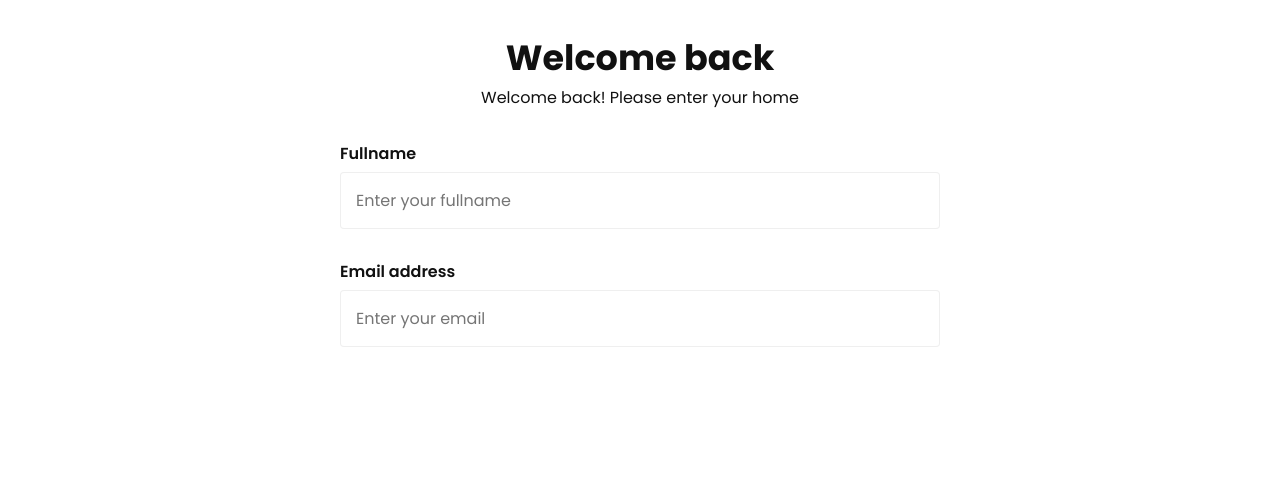
Repository: hoang0508/ReactJs-Fruits
Page: /sign-up
The author's editor kept a copy of each file at every save. The page is drawn from the files as they stood at one save, then again after the next save.
The browser window is 1280 px wide. The pictures show the whole page.
The project was rebuilt for these pictures with package versions that can differ from the ones it lists, and the page was loaded fresh each time. Also part of the build but not shown: src/Pages/NotFoundPage.js, src/hooks/useHookAPI.js, src/hooks/useLocalStrorage.js, src/components/context/Auth-Context.js, src/components/Media/Social.scss, src/components/Media/Social.js, src/components/Footer/Footercoppy.js, src/components/Footer/Footer.js and 33 more.

Above is the page before, as saved 2022-05-12 10:10:28.

### src/Pages/SignUpPage.js
import { Field } from "components/Field";
import { Input } from "components/Input";
import { Label } from "components/label";
import React from "react";
import styled from "styled-components";

const SignUpPageStyles = styled.div`
  min-height: 100vh;
  padding: 40px 0;
  .signup-content {
    text-align: center;
    margin-bottom: 40px;
  }
  .signup-heading {
    font-size: 35px;
    margin-bottom: 15px;
  }
  .form {
    max-width: 600px;
    margin: 0 auto;
  }
`;

const SignUpPage = () => {
  return (
    <SignUpPageStyles>
      <div className="signup-content">
        <h3 className="signup-heading">Welcome back</h3>
        <span className="signup-desc">
          Welcome back! Please enter your home
        </span>
      </div>
      <form className="form">
        <Field>
          <Label htmlFor="name">Fullname</Label>
          <Input
            name="fullname"
            type="text"
            placeholder="Enter your fullname"
          />
        </Field>
        <Field>
          <Label htmlFor="email">Email address</Label>
          <Input name="email" type="text" placeholder="Enter your email" />
        </Field>
      </form>
    </SignUpPageStyles>
  );
};

export default SignUpPage;

### src/components/Footer/Footer.scss
@import "../../index.scss";
.footer {
  background-color: $bg-footer;
  padding: 80px 0;
  &-list {
    display: grid;
    grid-template-columns: repeat(4, 1fr);
    grid-gap: 0 40px;
  }
  &-logo {
    span {
      color: $primary-color;
      font-size: 45px;
      font-weight: 700;
      display: inline-block;
      margin-bottom: 20px;
    }
    &--desc {
      line-height: 1.6;
      color: $text-color--tx;
      margin-bottom: 20px;
    }
  }
  &-title {
    margin-bottom: 25px;
    color: $text-color--tx;
    font-size: 20px;
  }
  &-item--instagram {
    display: grid;
    grid-template-columns: repeat(3, 1fr);
    grid-gap: 6px;
  }
  &-images--ig {
    height: 65px;
    position: relative;
    overflow: hidden;
    &:hover .footer-images--icon {
      opacity: 1;
      visibility: visible;
      overflow: hidden;
    }
    &:hover img {
      transform: scale(1.1);
    }
    img {
      width: 100%;
      height: 100%;
      object-fit: cover;
      border-radius: 5px;
      transition: all 0.25s linear;
    }
  }
  &-images--icon {
    width: 100%;
    height: 100%;
    background-color: rgba(243, 85, 32, 0.527);
    color: #fff;
    border-radius: 5px;
    display: flex;
    align-items: center;
    justify-content: center;
    font-size: 20px;
    position: absolute;
    top: 50%;
    left: 50%;
    transform: translate(-50%, -50%);
    cursor: pointer;
    opacity: 0;
    visibility: hidden;
    transition: all 0.2s ease;
  }
  &-link {
    display: inline-block;
    padding-bottom: 20px;
    color: $text-color--tx;
  }
  &-info {
    &--item {
      display: flex;
      align-items: center;
      gap: 0 20px;
      margin-bottom: 30px;
    }
    &--icon {
      color: $primary-color;
      font-size: 25px;
    }
    &--name {
      margin-bottom: 10px;
      color: $text-color--tx;
    }
  }
  &-coppy {
    padding: 30px 0;
    background-color: #021a32;
    color: #fff;
    .container {
      display: flex;
      align-items: center;
      justify-content: space-between;
    }
    &--license {
      font-size: 14px;
      span {
        color: $primary-color;
        font-size: 16px;
      }
    }
    &--help {
      display: flex;
      align-items: center;
      gap: 0 20px;
    }
  }
}

### src/components/Topdown/Topdown.scss
@import "../../index.scss";
.down {
  background-color: $text-color--tx;
  color: #fff;
  width: 50px;
  height: 50px;
  border-radius: 100rem;
  display: flex;
  align-items: center;
  justify-content: center;
  position: fixed;
  z-index: 10;
  bottom: -100px;
  right: 20px;
  transition: all 0.5s linear;
  &.active-down {
    opacity: 1;
    visibility: visible;
    bottom: 20px;
  }
}

### src/Pages/Cartpage/Cartpage.scss
@import "../../index.scss";
.cart {
  &-banner {
    min-height: 400px;
    position: relative;
    z-index: 0;
  }
  &-main {
    padding: 40px 0;
  }
  &-table {
    border-collapse: collapse;
    width: 100%;
  }
  &-table td,
  &-table th {
    padding-top: 10px;
    padding-bottom: 20px;
  }
  &-table th {
    padding: 15px;
    text-align: center;
    background-color: $primary-color;
    color: white;
  }
  &-images {
    width: 150px;
    height: 150px;
    img {
      width: 100%;
      height: 100%;
      object-fit: cover;
    }
  }
  &-item {
    margin-bottom: 10px;
    border-bottom: 1px solid $border-color;
    text-align: center;
  }
  &-total {
    max-width: 150px;
    width: 100%;
    padding: 10px 12px;
    margin-top: 20px;
    margin-left: auto;
    display: flex;
    /* justify-content: flex-end; */
    justify-content: center;
    gap: 0 10px;
    background-color: #f35320;
    color: #fff;
  }
  &-count {
    display: flex;
    align-items: center;
    justify-content: center;
  }
  &-remove {
    display: inline-flex;
    align-items: center;
    justify-content: center;
  }
}

### src/components/Header/Header.scss
@import "../../index.scss";
.header {
  &-contact {
    border-bottom: 1px solid #eee;
    .container {
      display: flex;
      justify-content: space-between;
      align-items: center;
      padding: 20px 0;
    }
  }
  &-info {
    display: flex;
    align-items: center;
    gap: 0 25px;
    &--add {
      display: flex;
      align-items: center;
      gap: 0 10px;
    }
    &--gmail {
      display: flex;
      align-items: center;
      gap: 0 10px;
    }
    &--icon {
      color: $primary-color;
    }
  }
  &-social {
    display: flex;
    align-items: center;
    gap: 0 15px;
    span {
      border: 1px solid #f3f3f3;
      width: 35px;
      height: 35px;
      border-radius: 100rem;
      display: flex;
      align-items: center;
      justify-content: center;
      transition: all 0.25s linear;
      &:hover {
        background-color: $primary-color;
        color: #fff;
        transform: translateY(-5px);
        cursor: pointer;
      }
    }
  }
  &-nav {
    padding: 20px 0;
    .container {
      display: flex;
      justify-content: space-between;
      align-items: center;
    }
  }
  &-menu {
    display: flex;
    align-items: center;
    gap: 0 30px;
    &--list {
      display: flex;
      align-items: center;
      gap: 0 30px;
    }
    &--link {
      color: $text-color--tx;
      font-weight: 500;
    }
  }
  &-cart {
    position: relative;
    &--icon {
      color: $text-color--tx;
      font-size: 28px;
    }
    &--number {
      position: absolute;
      top: -20%;
      right: -25%;
      background-color: $primary-color;
      color: #fff;
      width: 15px;
      height: 15px;
      border-radius: 100rem;
      font-size: 14px;
      display: flex;
      align-items: center;
      justify-content: center;
    }
  }
}

.is-fixed {
  position: fixed;
  top: 0;
  left: 0;
  width: 100%;
  z-index: 10;
  background-color: #fff;
  box-shadow: 0 2px 28px 0 rgba(0, 0, 0, 0.09);
  animation: fadeInDown 0.5s linear forwards;
}

@keyframes fadeInDown {
  0% {
    opacity: 0;
    transform: translateY(-20px);
  }
  100% {
    opacity: 1;
    transform: translateY(0);
  }
}

### src/components/Count/Count.scss
@import "../../index.scss";
.count {
  width: 180px;
  display: flex;
  align-items: center;
  justify-content: center;
  background-color: $bgr-color;
  border-radius: 5px;
  padding: 10px;
  cursor: pointer;
  &-value {
    width: 100px;
    text-align: center;
    background: inherit;
    font-size: 18px;
  }
}

### src/components/Product/Productdetails.scss
@import "../../index.scss";
.productD {
  &--list {
    display: flex;
    justify-content: space-between;
    gap: 0 50px;
  }
  &--left {
    width: 50%;
  }
  &--right {
    width: 60%;
  }
  &--thumb {
    margin-top: 20px;
    display: flex;
    align-items: center;
    gap: 0 10px;
  }
  &--imgThumb {
    height: 80px;
    border: 1px solid $border-color;
    border-radius: 5px;
    padding: 5px;
    cursor: pointer;
    img {
      width: 100%;
      height: 100%;
      object-fit: cover;
    }
  }
  &--title {
    font-size: 25px;
    font-weight: 700;
    color: $text-color--tx;
    margin-bottom: 15px;
  }
  &--price {
    display: flex;
    align-items: center;
    gap: 0 5px;
    margin-bottom: 10px;
  }
  &--priceNew {
    color: $text-color--tx;
  }
  &--priceOld {
    text-decoration: line-through;
  }
  &--vote {
    display: flex;
    align-items: center;
    gap: 0 10px;
    margin-bottom: 20px;
  }
  &--star {
    display: flex;
    align-items: center;
    gap: 0 2px;
    color: $primary-color;
  }
  &--desc {
    color: $text-color--tx;
    line-height: 1.5;
    margin-bottom: 15px;
  }
  &--cart {
    display: flex;
    align-items: center;
    gap: 0 40px;
    margin-bottom: 30px;
  }
  &-btn {
    padding: 15px;
    background-color: $bgr-color;
    margin-top: 20px;
    width: 100%;
    cursor: pointer;
    transition: all 0.25s linear;
    border-radius: 5px;
    &:hover {
      background-color: $primary-color;
      color: #fff;
    }
  }
  &-social {
    margin-top: 25px;
    display: flex;
    align-items: center;
    gap: 0 15px;
  }
}

.active-image {
  border-color: $primary-color;
  border-width: 2px;
}

### src/Pages/Detailpage/Info.scss
@import "../../index.scss";
.info {
  padding: 20px 0 40px;
  &-tab {
    display: flex;
    align-items: center;
    gap: 0 15px;
    margin-bottom: 10px;
    cursor: pointer;
    &--title {
      border: 1px solid $border-color;
      padding: 15px 30px;
    }
  }
  &-content {
    max-width: 800px;
    padding: 20px;
    border: 1px solid $border-color;
    &--desc {
      display: none;
    }
    &--review {
      display: none;
    }
  }
  &__heading {
    display: inline-block;
    padding-right: 20px;
    font-size: 23px;
    font-weight: 700;
    color: $text-color--tx;
    margin-bottom: 20px;
    position: relative;
    &::before {
      content: "";
      position: absolute;
      width: 50px;
      height: 3px;
      background-color: $primary-color;
      left: 100%;
      top: 50%;
    }
  }
  &-customer {
    &__item {
      margin-bottom: 25px;
    }
    &__people {
      display: flex;
      align-items: center;
      gap: 0 20px;
      margin-bottom: 15px;
    }
    &__image {
      width: 50px;
      height: 50px;
      img {
        width: 100%;
        height: 100%;
        object-fit: cover;
        border-radius: 100rem;
      }
    }
    &__name {
      color: $text-color--tx;
      font-size: 18px;
    }
    &__date {
      color: $secondary-color;
      margin-bottom: 10px;
    }
    &__desc {
      color: $text-color--tx;
      line-height: 1.5;
      margin-bottom: 15px;
    }
    &__star {
      color: $secondary-color;
      display: flex;
      align-items: center;
    }
  }
}

.active-tabs {
  background-color: $primary-color;
  color: #fff;
  transition: all 0.25s linear;
}

.active-content {
  display: block;
}

.write {
  &-form {
    &--group {
      display: flex;
      align-items: center;
      gap: 0 30px;
      margin-bottom: 20px;
    }
    &--input,
    &--textarea {
      border: 1px solid $border-color;
      padding: 12px;
      border-radius: 5px;
      width: 100%;
      transition: all 0.25s ease;
      &:focus {
        border-color: $primary-color;
      }
    }
  }
}

### src/components/Banner/Banner.scss
@import "../../index.scss";
.banner {
  min-height: 100vh;
  padding: 0 0 40px;
  padding: 150px;
  &-heading {
    color: $primary-color;
    margin-bottom: 20px;
    font-size: 20px;
  }
  &-title {
    max-width: 600px;
    width: 100%;
    color: #fff;
    font-weight: 700;
    font-size: 70px;
    line-height: 1.2;
    margin-bottom: 25px;
  }
  &-desc {
    max-width: 700px;
    width: 100%;
    color: #fff;
    line-height: 1.6;
    margin-bottom: 30px;
  }
  &-btn {
    display: flex;
    align-items: center;
    gap: 0 25px;
  }
  &-fruits {
    padding: 60px 0;
    margin-bottom: 100px;
    position: relative;
    &--images {
      img {
        height: 100%;
        object-fit: cover;
        margin: 0 auto;
        text-align: center;
      }
    }
    &--shape {
      .shape1 {
        position: absolute;
        top: 20px;
        left: 20px;
        height: 300px;
        animation: shapeTop 3s linear infinite;
        img {
          width: 100%;
          height: 100%;
          object-fit: cover;
        }
      }
      .shape3 {
        position: absolute;
        top: 20px;
        right: 20px;
        height: 150px;
        animation: shapeTop 3s linear infinite;
        img {
          width: 100%;
          height: 100%;
          object-fit: cover;
        }
      }
      .shape2 {
        position: absolute;
        bottom: 20px;
        left: 20px;
        height: 100px;
        animation: shapeBottom 3s linear infinite;

        img {
          width: 100%;
          height: 100%;
          object-fit: cover;
        }
      }
      .shape4 {
        position: absolute;
        bottom: 20px;
        right: 20px;
        height: 100px;
        animation: shapeZoom 3s linear infinite;

        img {
          width: 100%;
          height: 100%;
          object-fit: cover;
        }
      }
    }
  }
}

@keyframes shapeTop {
  50% {
    transform: translateY(20px);
  }
  100% {
    transform: translateY(0px);
  }
}

@keyframes shapeBottom {
  50% {
    transform: translateX(20px);
  }
  100% {
    transform: translateX(0px);
  }
}

@keyframes shapeZoom {
  20% {
    transform: scale(0.5);
  }
  50% {
    transform: scale(1.1);
  }
  100% {
    transform: scale(1);
  }
}

### src/components/Banner/BannerCrops.scss
@import "../../index.scss";
.banner-crops {
  min-height: 100vh;
  padding-top: 100px;
  &--content {
    max-width: 800px;
    background-color: #fff;
    padding: 50px;
    margin-left: auto;
  }
  &--txt {
    color: $primary-color;
    margin-bottom: 20px;
    font-size: 20px;
    display: inline-block;
  }
  &--heading .page-center {
    text-align: left;
    max-width: 700px;
    margin-bottom: 20px;
  }
  &--heading .page-desc {
    text-align: left;
  }
}

### src/components/layout/Feedback/Feedback.scss
@import "../../../index.scss";
.banner-feedback {
  min-height: 100vh;
  position: relative;
  z-index: 1;
  &--heading {
    padding: 40px 0;
    .page-heading {
      color: #fff;
      font-weight: 600;
    }
    .page-desc {
      color: #fff;
    }
  }
  &--list {
    max-width: 800px;
    width: 100%;
    padding: 20px 10px;
    margin: 0 auto;
    background-color: $secondary-color;
    border-radius: 20px;
  }
  &--item {
    display: flex;
    justify-content: center;
    align-items: center;
    flex-direction: column;
    background-color: $secondary-color;
  }
  &--images {
    width: 150px;
    height: 150px;
    img {
      width: 100%;
      height: 100%;
      object-fit: cover;
      border-radius: 100rem;
    }
  }
  &--content {
    color: #fff;
    margin-top: 30px;
    text-align: center;
  }
  &--name {
    margin-bottom: 15px;
    font-size: 22px;
  }
  &--job {
    margin-bottom: 15px;
    font-size: 14px;
  }
  &--desc {
    font-style: italic;
    line-height: 1.6;
    font-size: 14px;
  }
}

### src/components/layout/LastesBlog/LastestBlog.scss
@import "../../../index.scss";
.LastestBlog {
  padding: 100px 0;
  &-list {
    display: grid;
    grid-template-columns: repeat(3, 1fr);
    grid-gap: 0 40px;
  }
  &-item {
    background-color: #fff;
    border-radius: 10px;
    overflow: hidden;
    box-shadow: rgba(100, 100, 111, 0.2) 0px 7px 29px 0px;
    display: flex;
    flex-direction: column;
    cursor: pointer;
    &:hover .LastestBlog-content::before {
      height: 100%;
    }
    &:hover .LastestBlog-title {
      color: #fff;
    }
    &:hover .LastestBlog-more {
      color: #fff;
    }
    &:hover .LastestBlog-date {
      background-color: $primary-color;
      color: #fff;
    }
    &:hover .LastestBlog-images img {
      transform: scale(1.2);
    }
  }
  &-images {
    height: 270px;
    position: relative;
    img {
      width: 100%;
      height: 100%;
      object-fit: cover;
      transition: all 0.3s linear;
    }
  }
  &-date {
    position: absolute;
    bottom: 0;
    padding: 12px 25px;
    border-radius: 0 5px 0 0;
    background-color: #ffffff;
  }
  &-content {
    padding: 20px 10px;
    position: relative;
    isolation: isolate;
    overflow: hidden;
    margin-top: auto;
    &::before {
      content: "";
      position: absolute;
      top: 0;
      left: 0;
      background-color: $primary-color;
      width: 100%;
      height: 0;
      z-index: -1;
      transition: all 0.3s linear;
    }
  }
  &-title {
    margin-bottom: 15px;
    line-height: 1.5;
    font-size: 20px;
    font-weight: 700;
    color: #111111;
    transition: all 0.3s linear;
  }
  &-more {
    color: $primary-color;
    transition: all 0.3s linear;
  }
}

### src/components/layout/Subscribe/Subscribe.scss
@import "../../../index.scss";
.subscribe {
  margin-bottom: 100px;
  background-color: #fafafa;
  &-container {
    min-height: 250px;
    display: flex;
    align-items: center;
    gap: 0 100px;
  }
  &-content {
    width: 60%;
    .page-center {
      max-width: 700px;
      text-align: left;
    }
    .page-desc {
      text-align: left;
    }
  }
  &-input {
    background: none;
  }
  &-email {
    width: 60%;
    padding: 5px 10px;
    display: flex;
    justify-content: space-between;
    background-color: #f3f3f3;
    border: 1px solid #f3f3f3;
    border-radius: 5px;
  }
}

### src/components/Product/Product.scss
@import "../../index.scss";

.product {
  margin-top: 80px;
  padding-bottom: 100px;
  &-heading {
    margin-bottom: 50px;
  }
  &-list {
    display: grid;
    grid-template-columns: repeat(4, 1fr);
    grid-gap: 40px;
  }
  &-list--swiper {
    display: grid;
  }
  &-item {
    position: relative;
    overflow: hidden;
    cursor: pointer;
    &:hover .product-select .product-select--icon {
      opacity: 1;
      visibility: visible;
      transition: all 0.3 linear;
      transform: translate(0);
    }
    &:hover .product-images img {
      transform: scale(1.1);
    }
    &:hover .product-seo {
      background-color: $primary-color;
      color: #fff;
      cursor: pointer;
    }
  }
  &-images {
    height: 250px;
    position: relative;
    overflow: hidden;
    margin-bottom: 25px;
    img {
      width: 100%;
      height: 100%;
      object-fit: cover;
      overflow: hidden;
      border-radius: 5px;
      transition: all 0.25s linear;
    }
  }
  &-seo {
    position: absolute;
    top: 10px;
    left: 10px;
    background-color: #fff;
    color: $text-color--tx;
    padding: 8px 15px;
    border-radius: 6px;
    transition: all 0.25s linear;
  }
  &-select {
    position: absolute;
    left: 0;
    right: 0;
    bottom: 20px;
    display: flex;
    align-items: center;
    justify-content: center;
    gap: 0 10px;
    &--icon {
      color: $primary-color;
      background-color: #fff;
      width: 45px;
      height: 45px;
      border-radius: 100rem;
      display: flex;
      align-items: center;
      justify-content: center;
      font-size: 20px;
      opacity: 0;
      visibility: hidden;
      transition: all 0.3s linear;
      transform: translateY(30px);
    }
  }
  &-info {
    text-align: center;
  }
  &-name {
    font-size: 22px;
    font-weight: 600;
    color: $text-color--tx;
    margin-bottom: 15px;
    transition: all 0.2s ease;
    &:hover {
      color: $primary-color;
    }
  }
  &-price {
    display: flex;
    align-items: center;
    justify-content: center;
    gap: 0 10px;
    margin-bottom: 15px;
    &--new {
      color: $primary-color;
      font-weight: 500;
    }
    &--old {
      text-decoration: line-through;
    }
  }
  &-star {
    display: flex;
    align-items: center;
    justify-content: center;
    gap: 0 5px;
    color: $primary-color;
  }
}

### src/components/Box/Checkbox.scss
@import "../../index.scss";

.checkbox_input {
  display: none;
}

.checkbox_input:checked + .checkbox_label::after {
  opacity: 1;
  visibility: visible;
}

.checkbox_label {
  position: relative;
  padding-left: 50px;
  cursor: pointer;
}

.checkbox_label::before {
  content: "";
  position: absolute;
  width: 30px;
  height: 30px;
  background-color: $primary-color;
  left: 0;
  top: 50%;
  transform: translateY(-50%);
  display: flex;
  justify-content: center;
  align-items: center;
  border-radius: 3px;
}

.checkbox_label::after {
  content: "";
  position: absolute;
  top: 3px;
  left: 6px;
  width: 20px;
  height: 10px;
  transform: rotate(-45deg);
  border-left: 3px solid white;
  border-bottom: 3px solid white;
  opacity: 0;
  visibility: hidden;
  transition: all 0.25s linear;
}

### src/components/Accordion/Accordion.scss
@import "../../index.scss";
.accordion {
  max-width: 500px;
  margin-bottom: 20px;
  &-header {
    display: flex;
    justify-content: space-between;
    align-items: center;
    color: #292e49;
    font-weight: 600;
    border: 1px solid $primary-color;
    border-radius: 5px;
    padding: 10px;
    cursor: pointer;
  }
  &-content {
    height: 0;
    overflow: hidden;
    transition: all 0.2s ease;
    &--active {
      margin-top: 15px;
      padding: 5px 10px;
      line-height: 1.5;
      font-size: 14px;
      border: 1px solid $primary-color;
      height: auto;
    }
  }
}

### src/components/Modal/ModalPd.scss
@import "../../index.scss";
.modalP {
  position: fixed;
  inset: 0;
  background-color: rgba(0, 0, 0, 0.5);
  z-index: 20;
  &-content {
    position: absolute;
    top: 50%;
    left: 50%;
    transform: translate(-50%, -50%);
    max-width: 850px;
    width: 100%;
    padding: 15px 20px;
    background-color: #fff;
    border-radius: 5px;
    position: relative;
    &--close {
      position: absolute;
      top: 10px;
      right: 10px;
      background-color: $primary-color;
      color: #fff;
      width: 30px;
      height: 30px;
      display: flex;
      justify-content: center;
      align-items: center;
      border-radius: 5px;
      cursor: pointer;
    }
  }
}

Loaded but not shown: public/index.html (common file); src/reportWebVitals.js (common file); src/components/Input/index.js (common file); src/components/label/index.js (common file); src/config/RoutersConfig.js (46 lines, source omitted); src/index.js (24 lines, source omitted); src/components/Input/Input.js (33 lines, source omitted); src/components/Field/Field.js (18 lines, source omitted); src/components/label/Label.js (17 lines, source omitted); src/App.js (12 lines, source omitted); src/utils/contains.js (6 lines, source omitted); src/components/Field/index.js (3 lines, source omitted); src/index.scss (250 lines, source omitted)

After the next save:
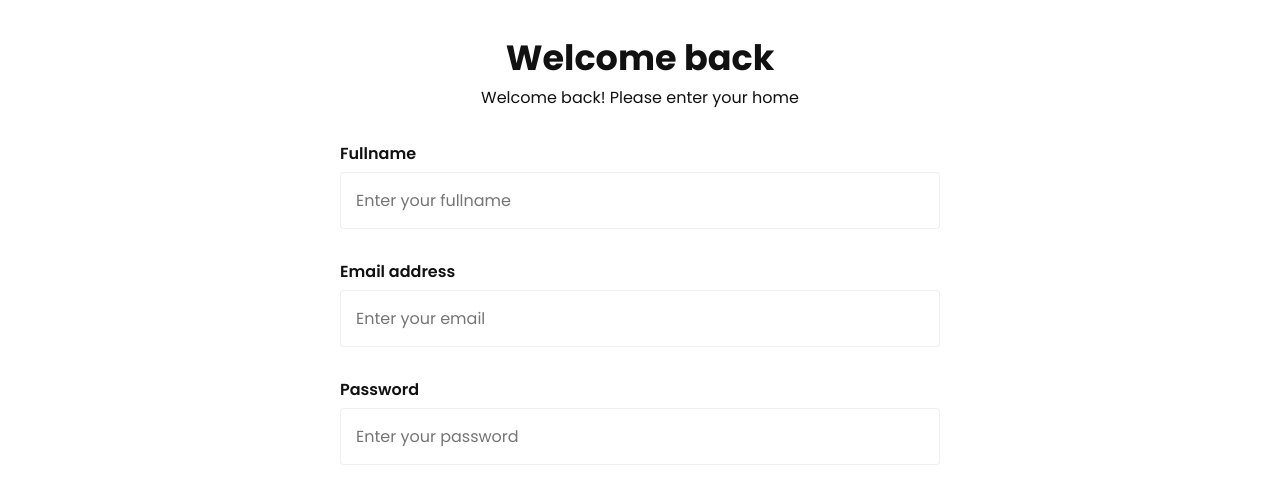
Saved 74 s later.
--- a/src/Pages/SignUpPage.js
+++ b/src/Pages/SignUpPage.js
@@ -43,6 +43,14 @@ const SignUpPage = () => {
           <Label htmlFor="email">Email address</Label>
           <Input name="email" type="text" placeholder="Enter your email" />
         </Field>
+        <Field>
+          <Label htmlFor="password">Password</Label>
+          <Input
+            name="password"
+            type="text"
+            placeholder="Enter your password"
+          />
+        </Field>
       </form>
     </SignUpPageStyles>
   );
